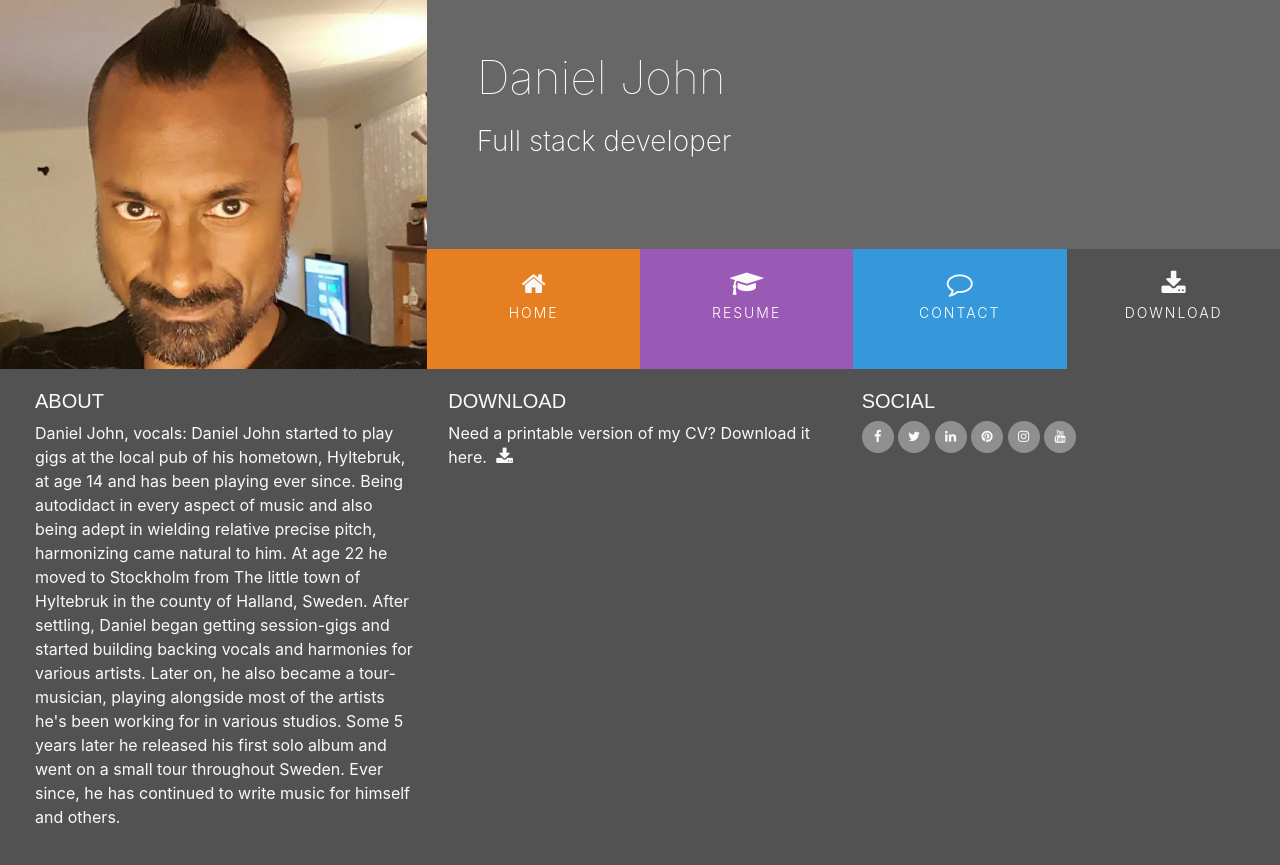
Repository: Jadehammar/initial-commit
Page: index.html
The author's editor kept a record of every edit. The page is drawn from the files as they stood at one moment, then again after the next edit.
The browser window is 1280 px wide. The pictures show the whole page.

Above is the page before.

### index.html
<!DOCTYPE html>
<html lang="en">

<head>
    <meta charset="UTF-8">
    <meta name="viewport" content="width=device-width, initial-scale=1.0">
    <meta http-equiv="X-UA-Compatible" content="ie=edge">
    <link rel="stylesheet" href="https://stackpath.bootstrapcdn.com/font-awesome/4.7.0/css/font-awesome.min.css" type="text/css" />
    <link rel="stylesheet" href="https://cdnjs.cloudflare.com/ajax/libs/hover.css/2.3.1/css/hover-min.css" type="text/css" />
    <link rel="stylesheet" href="https://stackpath.bootstrapcdn.com/bootstrap/4.3.1/css/bootstrap.min.css" type="text/css" />
    <link rel="stylesheet" href="assets/css/style.css" type="text/css" />
    <title>Daniel John</title>
</head>

<body>
    <header>
        <div class="row no-gutters">
            <a href="index.html" class="col-md-4 logo"></a>
            <div class="col-md-8">
                <div class="row no-gutters bg-color-name-title">
                    <div class="col heading">
                        <h1 class="name">Daniel John</h1>
                        <h2 class="title">Full stack developer</h2>
                    </div>
                </div>
                <div class="row no-gutters">
                    <div class="col">
                        <ul id="nav" class="list-inline menucontainer">
                            <li class="col-6 col-sm-3 ui-menue-color-home list-inline-item menueitem">
                                <a href="#" class="hvr-sweep-to-bottom"><i class="fa fa-home" aria-hidden="true"></i><span>Home</span></a>
                            </li>
                            <li class="col-6 col-sm-3 ui-menue-color-resume list-inline-item menueitem">
                                <a href="#" class="hvr-sweep-to-bottom"><i class="fa fa-graduation-cap" aria-hidden="true"></i><span>Resume</span></a>
                            </li>
                            <li class="col-6 col-sm-3 ui-menue-color-contact list-inline-item menueitem">
                                <a href="#" class="hvr-sweep-to-bottom"><i class="fa fa-comment-o" aria-hidden="true"></i><span>Contact</span></a>
                            </li>
                            <li class="col-6 col-sm-3 ui-menue-color-download list-inline-item menueitem">
                                <a href="#" class="hvr-sweep-to-bottom"><i class="fa fa-download" aria-hidden="true"></i><span>Download</span></a>
                            </li>

                        </ul>
                    </div>
                </div>
            </div>
    </header>
    <section>

    </section>
    <footer class="container-fluid">
        <div id="footer-details" class="row">
            <div class="col-sm-4">
                <h5 class="uppercase general-sub">About</h5>
                <p class="inline-block">
                    Daniel John, vocals: Daniel John started to play gigs at the local pub of his hometown, Hyltebruk, at age 14 and has been playing ever since. Being autodidact in every aspect of music and also being adept in wielding relative precise pitch, harmonizing came natural to him. At age 22 he moved to Stockholm from The little town of Hyltebruk in the county of Halland, Sweden. After settling, Daniel began getting session-gigs and started building backing vocals and harmonies for various artists. Later on, he also became a tour-musician, playing alongside most of the artists he's been working for in various studios. Some 5 years later he released his first solo album and went on a small tour throughout Sweden. Ever since, he has continued to write music for himself and others.
                </p>
            </div>
            <div class="col-sm-4">
                <h5 class="uppercase general-sub">Download</h5>
                <p class="inline-block">
                    Need a printable version of my CV? Download it here.
                    <a href="#" taraget="_blank" class="cv-pdf">
                        <i class="fa fa-download" aria-hidden="true"></i>
                        <span class="sr-only">Download link.</span>
                    </a>
                </p>
            </div>
            <div class="col-sm-4">
                <h5 class="uppercase general-sub">social</h5>
                <ul class="list-inline social-links">
                    <li class="list-inline-item">
                        <a target="_blank" href="#">
                            <i class="fa fa-facebook" aria-hidden="true"></i>
                            <span class="sr-only">Facebook</span>
                        </a>
                    </li>
                    <li class="list-inline-item">
                        <a target="_blank" href="#">
                            <i class="fa fa-twitter" aria-hidden="true"></i>
                            <span class="sr-only">Twitter</span>
                        </a>
                    </li>
                    <li class="list-inline-item">
                        <a target="_blank" href="#">
                            <i class="fa fa-linkedin" aria-hidden="true"></i>
                            <span class="sr-only">LinkedIn</span>
                        </a>
                    </li>
                    <li class="list-inline-item">
                        <a target="_blank" href="#">
                            <i class="fa fa-pinterest" aria-hidden="true"></i>
                            <span class="sr-only">Pinterest</span>
                        </a>
                    </li>
                    <li class="list-inline-item">
                        <a target="_blank" href="#">
                            <i class="fa fa-instagram" aria-hidden="true"></i>
                            <span class="sr-only">Instagram</span>
                        </a>
                    </li>
                    <li class="list-inline-item">
                        <a target="_blank" href="#">
                            <i class="fa fa-youtube" aria-hidden="true"></i>
                            <span class="sr-only">YouTube</span>
                        </a>
                    </li>
                </ul>
            </div>
        </div>

    </footer>

</body>

</html>

### assets/css/style.css
@import url('https://fonts.googleapis.com/css?family=Roboto:100,200,300,400,500,600,700│exo:100,200,300,400,500,600,700');

/*---------------------------------------------color-------------------------------------*/

.bg-color-name-title {
    background-color: #676767;
}

.bg-color-three-reasons {
    background-color: #fff;
}

.ui-menue-color-home {
    background-color: #e67e22;

}

.ui-menue-color-resume {
    background-color: #9b59b6;

}

.ui-menue-color-contact {
    background-color: #3498db;

}

.ui-menue-color-download {
    background-color: #525252;

}


/*---------------------------------------------Special padding/margins/text-------------------------------------*/

h1,
h2,
h3,
h4 {
    margin: 0;
}

.uppercase {
    text-transform: uppercase;
}

.general-sub {
    font-family: "Exo", sans-serif;
    font-weight: 300;
    color: #fafafa;
}

.inline-block {
    display: inline-block;
}

/*---------------------------------------------Heading-------------------------------------*/

header {
    margin: 0;
}

.heading {
    margin-left: 50px;

}

.logo {
    background: url("../images/närbild_p.jpg");
    background-position: center;
    background-repeat: no-repeat;
    background-size: cover;
    min-height: 360px;
    transition: all .75s ease-in-out;
    -moz-transition: all .75s ease-in-out;
    -webkit-transition: all .75s ease-in-out;
    -o-transition: all .75s ease-in-out;
}

.name {
    font-family: "Exo" sans-serif;
    font-weight: 100;
    font-size: 46px;
    margin-top: 50px;
    color: #fff;
}

.title {
    font-family: "Roboto" sans-serif;
    font-weight: 200;
    font-size: 28px;
    margin-top: 20px;
    margin-bottom: 90px;
    color: #fff;
}

.list-inline-item:not(:last-child) {
    margin: 0;
}

.menucontainer {
    font-size: 0;
}

#nav li {
    font-size: 14px;
    padding: 0;
}

#nav {
    margin: 0;
}

.menueitem {
    height: 120px;
    text-align: center;
    padding: 0;
}

.menueitem a {
    width: 100%;
    text-decoration: none;
    color: #fff;
    height: 120px;
}

.menueitem a i {
    padding-top: 22px;
    display: block;
    color: #fafafa;
    font-size: 26px;
}

.menueitem span {
    display: block;
    width: 100%;
    padding-top: 5px;
    text-align: center;
    text-transform: uppercase;
    font-size: 14px;
    font-weight: 300;
    letter-spacing: 2px;
}

/*---------------------------------------------Hover.css-------------------------------------*/

.hvr-sweep-to-bottom:before {
    background: rgba(0, 0, 0, 0.2);
    height: 120px;
}

/*---------------------------------------------Footer-------------------------------------*/

footer {
    background-color: #525252;
    color: #fafafa;
    min-height: 120px;
    margin: 0;
}

.cv-pdf i {
    font-size: 18px;
    color: #fafafa;
    text-align: center;
    padding-left: 5px;
    transition: all 0.35s ease-in-out;
    -moz-transition: all 0.35s ease-in-out;
    -webkit-transition: all 0.35s ease-in-out;
    -o-transition: all 0.35 ease-in-out;
}

.cv-pdf i:hover {
    color: #e84160;
}

.social-links {
    padding-bottom: 15px;
}


.social-links li a i {
    width: 32px;
    height: 32px;
    padding: 12px 0;
    border-radius: 50%;
    font-size: 13px;
    line-height: 7px;
    text-align: center;
    color: #fafafa;
    background: #8f8f8f;
    transition: all 0.35s ease-in-out;
    -moz-transition: all 0.35s ease-in-out;
    -webkit-transition: all 0.35s ease-in-out;
    -o-transition: all 0.35 ease-in-out;
}

.social-links li a i:hover {
    background: #e84610;
}

#footer-details {
    padding: 20px;
}

After the next edit:
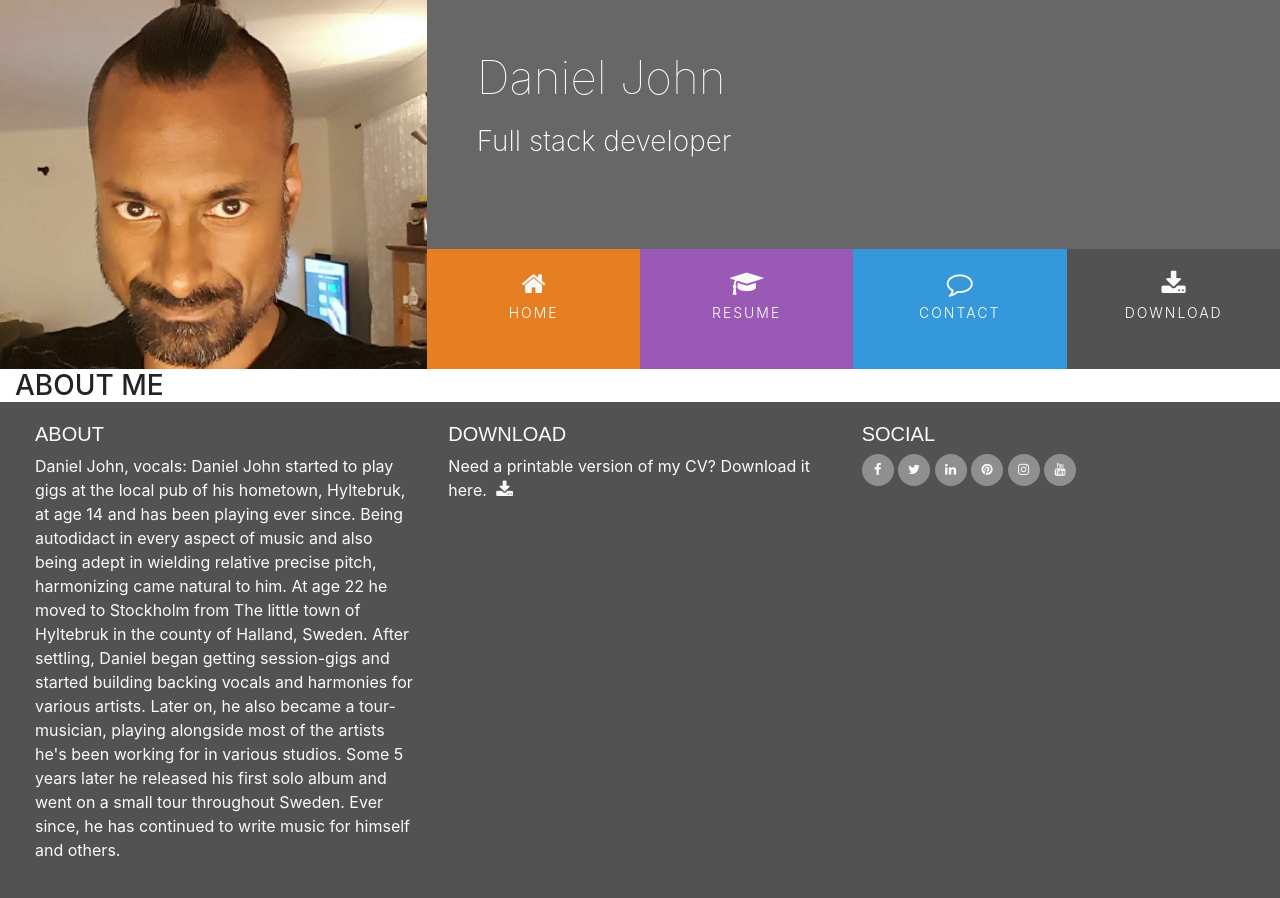
The edit:
--- a/index.html
+++ b/index.html
@@ -44,7 +44,16 @@
                 </div>
             </div>
     </header>
-    <section>
+    <section class="container-fluid">
+        <div class="row row-table">
+            <div class="col-md-8 bg-color-three-reasons section-column">
+                <div class="row">
+                    <div class="col">
+                        <h3 class="section-heading uppercase">About Me</h3>
+                    </div>
+                </div>
+            </div>
+        </div>
 
     </section>
     <footer class="container-fluid">
